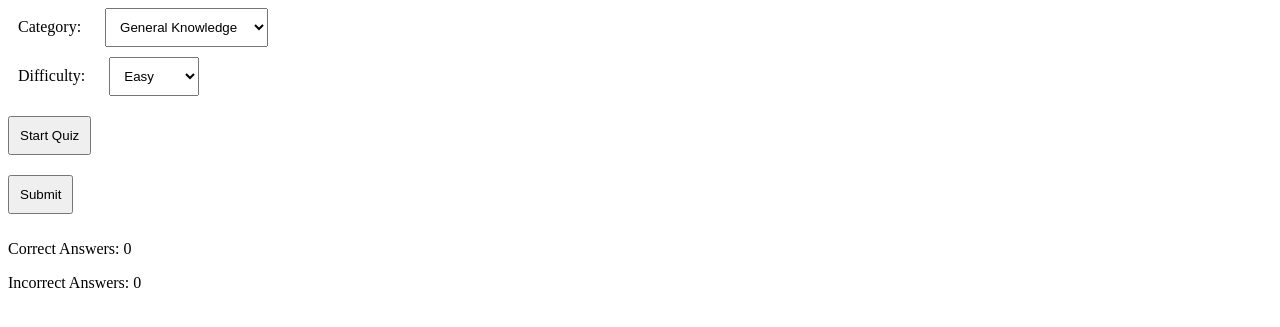
Repository: Kayla-amr/triviaSvelte
Page: /
These files come from the project's save history. The page is drawn as it stood at one moment and after a run of saves; the edit follows.
The browser window is 1280 px wide. The pictures show the whole page.
The project was rebuilt for these pictures with package versions that can differ from the ones it lists, and the page was loaded fresh each time. The framework's server and built-in components were replaced by stand-ins that run in the browser. Also part of the build but not shown: svelte.config.js, vite.config.js.

Above is the page before, as saved 2023-03-18 09:27:58.

### src/routes/+page.svelte
<script>


	let questions = [];

	function startQuiz() {
		const category = document.getElementById('category').value;
		const difficulty = document.getElementById('difficulty').value;


		const apiUrl = `https://opentdb.com/api.php?amount=10&category=${category}&difficulty=${difficulty}&type=multiple`;
        console.log(apiUrl);

        fetch(apiUrl)
            .then((response) => response.json())
            .then((data) => {
                questions = data.results;
            });
	}


	let correctAnswers = 0;
	let incorrectAnswers = 0;
	let unanswered = 0;

	function submitTrivia() {

		for (let i = 0; i < questions.length; i++) {
			let question = questions[i].question;
			let correctAnswer = questions[i].correct_answer;
			let incorrectAnswers = questions[i].incorrect_answers;
			let userAnswer = document.querySelector(`input[name="${question}"]:checked`).value;


			if (userAnswer === correctAnswer) {
				correctAnswers++;
			} else if (userAnswer === undefined) {
				unanswered++;
			} else {
				incorrectAnswers++;
			}
		}
	}
</script>

<div>
	<form id="quiz-form">

		<label for="category">Category:</label>
		<select id="category" name="category">
			<option value="9">General Knowledge</option>
			<option value="10">Books</option>
			<option value="11">Film</option>
			<option value="12">Music</option>
            <option value="13">Musicals & Theatres</option>
			<!-- Add more options for other categories -->
		</select><br />

		<label for="difficulty">Difficulty:</label>
		<select id="difficulty" name="difficulty">
			<option value="easy">Easy</option>
			<option value="medium">Medium</option>
			<option value="hard">Hard</option>
		</select><br />


		<button on:click={startQuiz}>Start Quiz</button>
	</form>
</div>

<div clas>
	<form action="triviaQuestions">
		{#each questions as question}
			<p>{@html question.question}</p>
			<input
				type="radio"
				name={question.question}
				value={question.correct_answer}
				id="correctAnswer"
			/>{@html question.correct_answer}<br />
			{#each question.incorrect_answers as incorrect}
				<input
					type="radio"
					name={question.question}
					value={incorrect}
					id="IncorrectAnswer"
				/>{@html incorrect}<br />
			{/each}
		{/each}

		<button on:click={submitTrivia}>Submit</button>
	</form>

	<div>
		<p>Correct Answers: {correctAnswers}</p>
		<p>Incorrect Answers: {incorrectAnswers}</p>
	</div>
</div>

<style>

    label {
        padding: 10px;
    }
    select {
        margin: 0 10px 10px;
        padding: 10px;
    }
    button {
        padding: 10px;
        margin: 10px 0 10px 0;
    }
</style>

Loaded but not shown: src/app.html (common file)

After the next 3 saves:
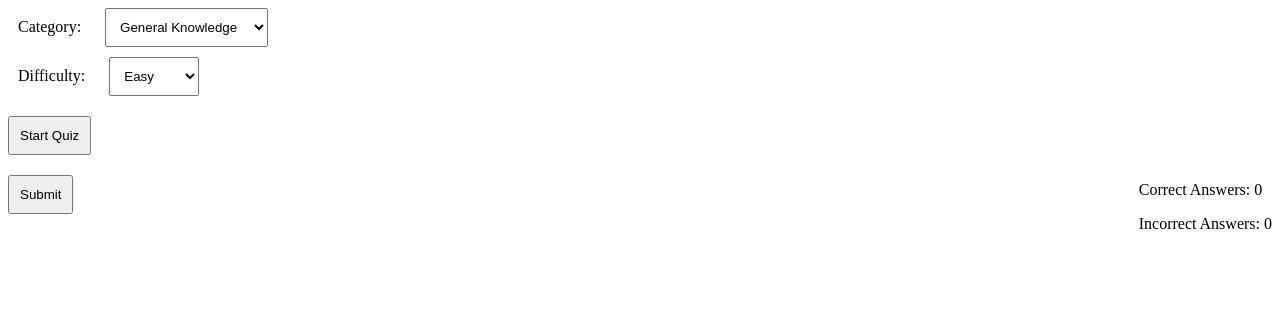
The 3 saves are shown as one change because they came seconds apart.
The last was saved 11 s later.
--- a/src/routes/+page.svelte
+++ b/src/routes/+page.svelte
@@ -68,7 +68,7 @@
 	</form>
 </div>
 
-<div clas>
+<div class="triviaApp">
 	<form action="triviaQuestions">
 		{#each questions as question}
 			<p>{@html question.question}</p>
@@ -98,6 +98,10 @@
 </div>
 
 <style>
+    .triviaApp {
+        display: flex;
+        justify-content: space-between;
+    }
 
     label {
         padding: 10px;

After the 3 saves that followed:
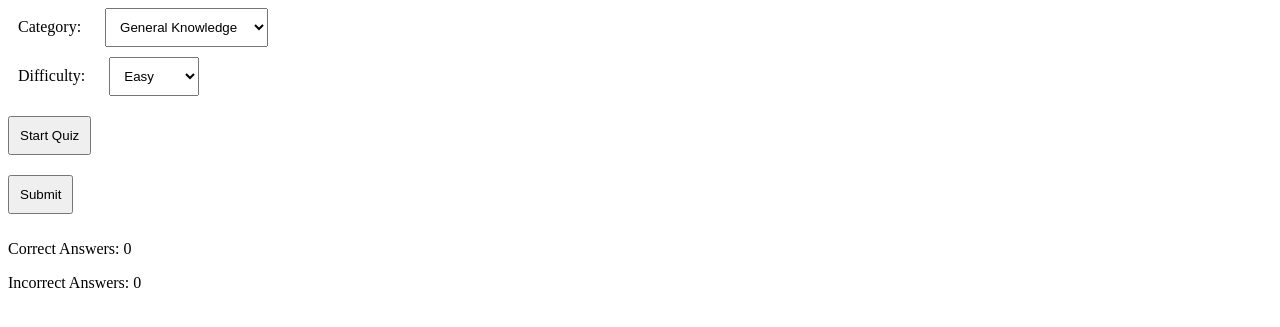
The 3 saves are shown as one change because they came seconds apart.
The last was saved 32 s later.
--- a/src/routes/+page.svelte
+++ b/src/routes/+page.svelte
@@ -100,7 +100,8 @@
 <style>
     .triviaApp {
         display: flex;
-        justify-content: space-between;
+        flex-direction: column;
+        justify-content: center;
     }
 
     label {
